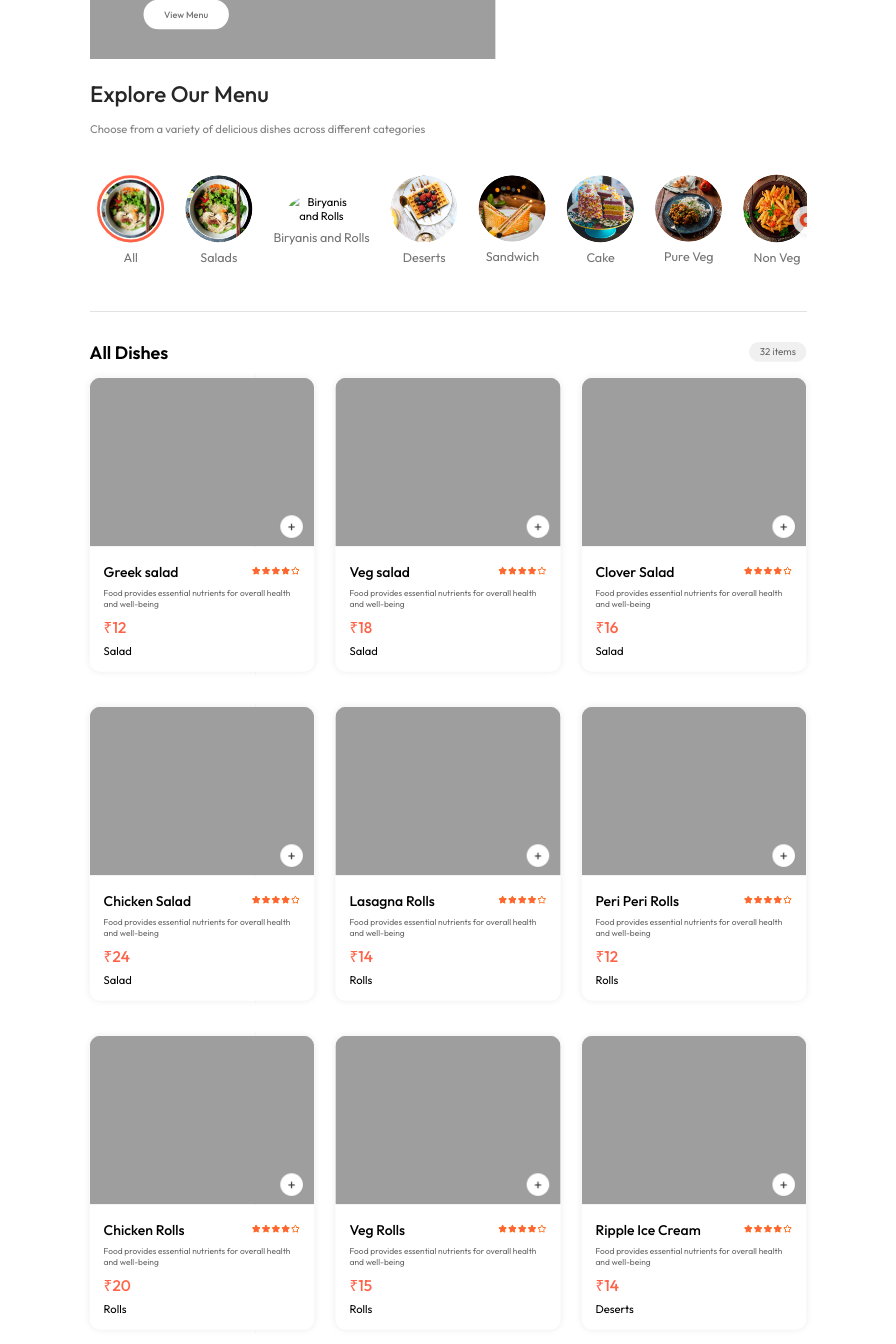
Repository: keyursanglikar/Hotel-Manangement
Page: / (app in frontend/)
The author's editor kept a copy of each file at every save. The page is drawn from the files as they stood at one save, then again after the next save.
The browser window is 1280 px wide. The pictures show the part of the page from y = 524 to 2444 px (the page is 9372 px tall before and 9373 px after), at 70% of full size.
Pictures or frames that could not be fetched are drawn as grey boxes. The page's requests for data from a server got no answer. The project was rebuilt for these pictures with package versions that can differ from the ones it lists, and the page was loaded fresh each time. No one was signed in, and anything a server would have sent is missing. Also part of the build but not shown: frontend/vite.config.js, frontend/src/pages/Cart/Cart.css, frontend/src/pages/Cart/Cart.jsx, frontend/src/pages/PlaceOrder/PlaceOrder.jsx, frontend/src/components/LoginPopup/LoginPopup.css, frontend/src/components/LoginPopup/LoginPopup.jsx, frontend/src/pages/Verify/Verify.css, frontend/src/pages/Verify/Verify.jsx and 2 more.

Above is the page before, as saved 2025-12-04 23:23:46.

After the next save:
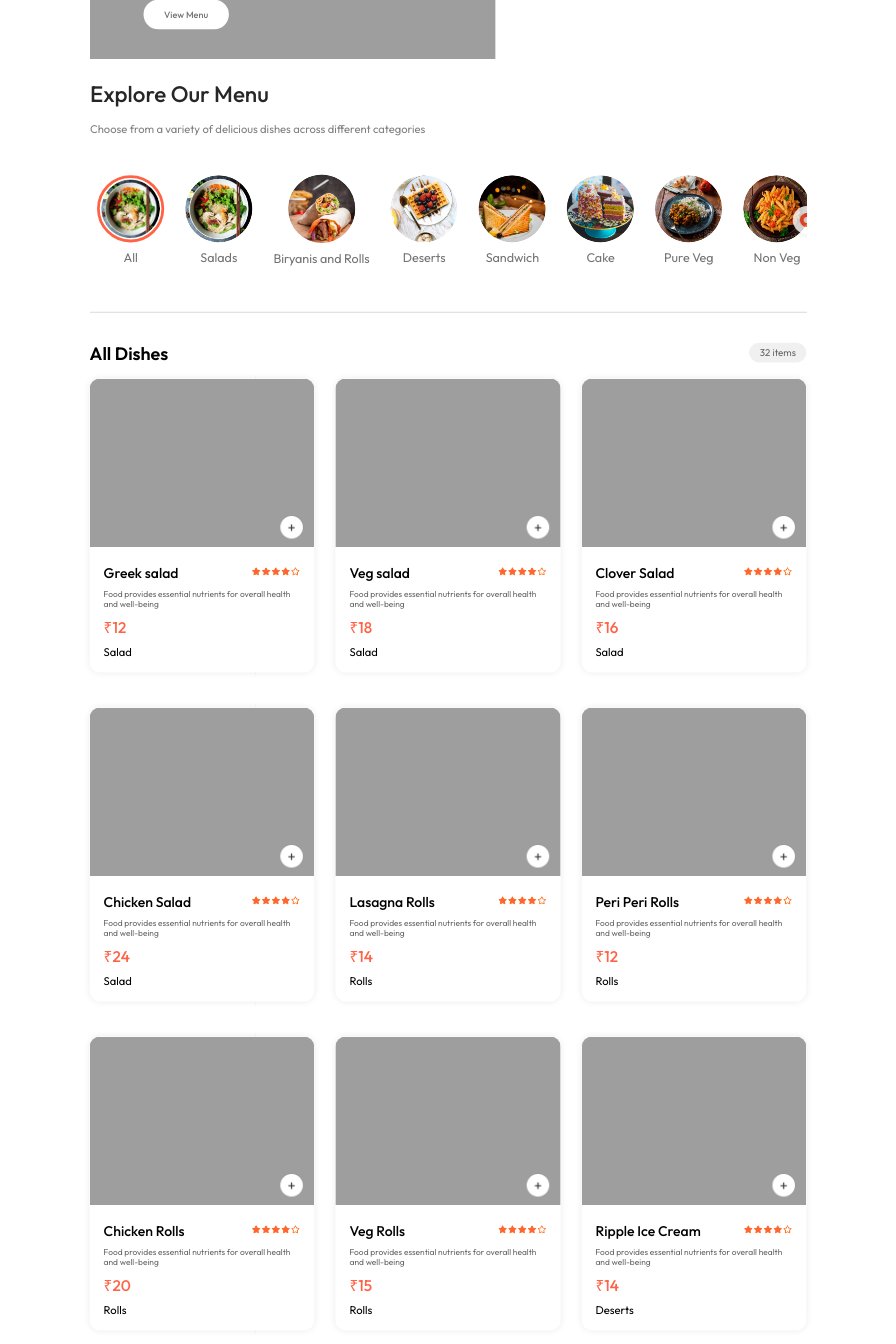
Saved 6 s later.
--- a/frontend/src/assets/assets.js
+++ b/frontend/src/assets/assets.js
@@ -473,7 +473,7 @@ export const menu_list = [
         menu_image: menu_1
     },
     {
-        menu_name: "Rolls",
+        menu_name: "Biryanis and Rolls",
         menu_image: menu_2
     },
     {
